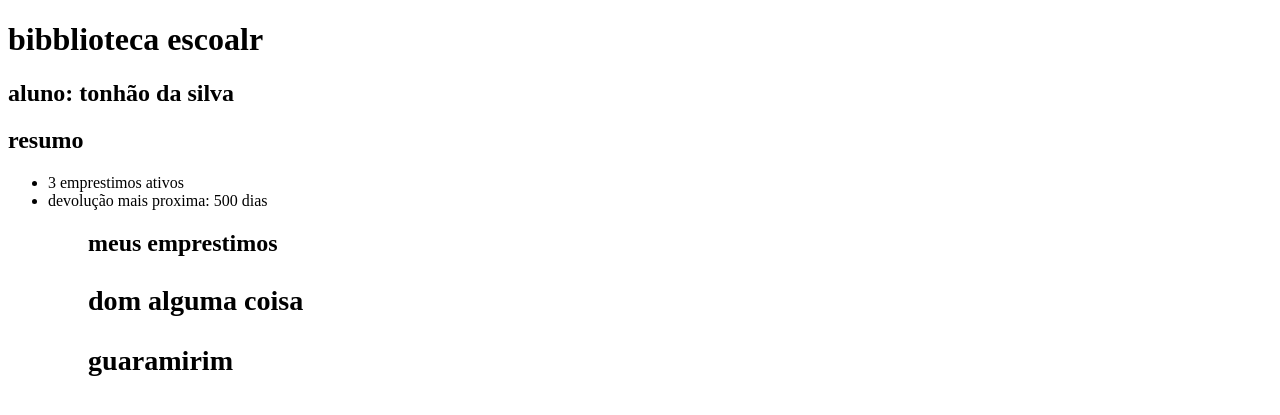
Repository: melloeduarda/html
Page: index.html
The author's editor kept a copy of each file at every save. The page is drawn from the files as they stood at one save, then again after the next save.
The browser window is 1280 px wide. The pictures show the whole page.

Above is the page before, as saved 2026-10-28 15:15:32.

### index.html
<!DOCTYPE html>
<html lang = "pt-br">
<head>
    <meta charset = "UTF-8">
    <meta name = "viewport" content="widnt=device-width, initial -scale1.0">
    <title>Biblioteca Escolar</title>
    <link rel = "stylesheet" href="estilo.css">
    </head>
    <body>

<header>
    <h1>bibblioteca escoalr</h1>
    <h2>aluno: tonhão da silva</h2>
<header>

    <h2>resumo</h2>
    <ul>
        <li>3 emprestimos ativos</li>
        <li>devolução mais proxima: 500 dias</li>
    <ul>
<h2>meus emprestimos<h2>
    <div class="card">
        <h3>dom alguma coisa</h3>
        <h3>guaramirim</h6>

Loaded but not shown: estilo.css (no copy from this time; the picture is the same without it)

After the next save:
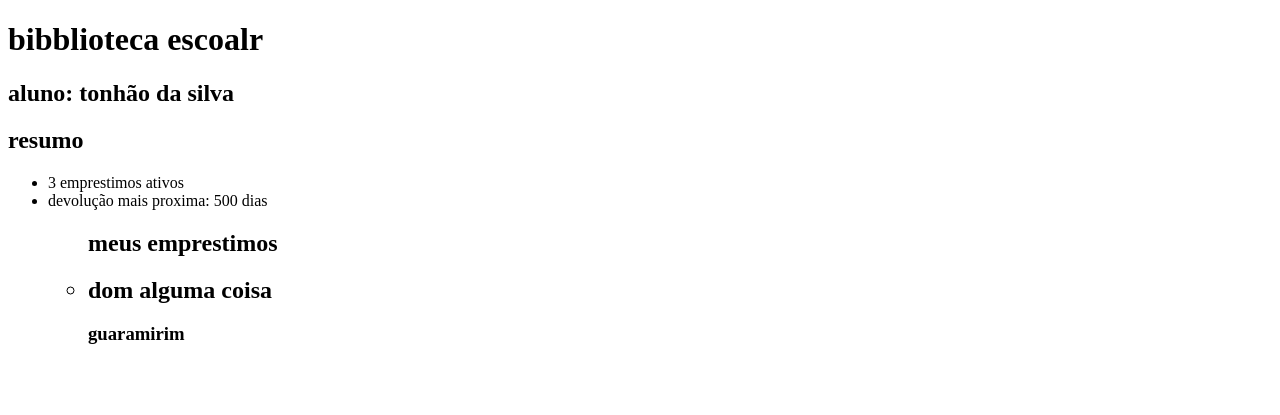
Saved 12 s later.
--- a/index.html
+++ b/index.html
@@ -20,5 +20,5 @@
     <ul>
 <h2>meus emprestimos<h2>
     <div class="card">
-        <h3>dom alguma coisa</h3>
+        <li>dom alguma coisa</h3>
         <h3>guaramirim</h6>
